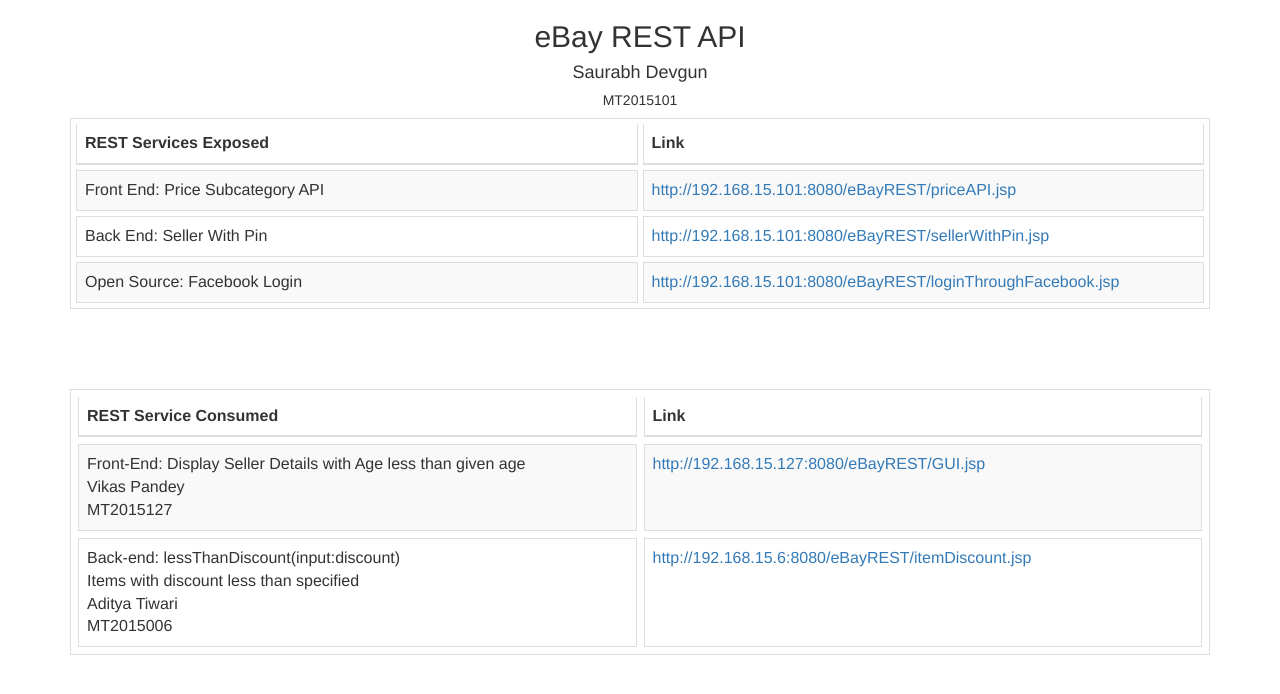
Repository: saurabh-devgun-iiitb/RESTProject
Page: http://localhost/eBayREST/
The author's editor kept a copy of each file at every save. The page is drawn from the files as they stood at one save, then again after the next save.
The browser window is 1280 px wide. The pictures show the whole page.
The page is served by Tomcat 9. Other server files are loaded and not shown.

Above is the page before, as saved 2016-07-23 09:56:31.

### eBayREST/WebContent/index.jsp
<html>
<head>
  <meta name="viewport" content="width=device-width, initial-scale=1">
  <link rel="stylesheet" href="http://maxcdn.bootstrapcdn.com/bootstrap/3.3.6/css/bootstrap.min.css">
  <script src="https://ajax.googleapis.com/ajax/libs/jquery/1.12.4/jquery.min.js"></script>
  <script src="http://maxcdn.bootstrapcdn.com/bootstrap/3.3.6/js/bootstrap.min.js"></script>
  <style>
  	table{
  		border-spacing:7px;
  		border-collapse:separate;
  		table-layout:fixed;
  		width:300px;
  	}
  </style>
</head>
<body>
	<div align="center">
	    <h2>eBay REST API</h2>
	    <h4>Saurabh Devgun</h4>
	    <h5>MT2015101</h5>
    </div>
    <div class = "container">
    <table class="table table-hover table-striped table-bordered" style="border-spacing:5px">
      <thead>
        <tr>
          <th>REST Services Exposed</th>
          <th>Link</th>
        </tr>
      </thead>
      <tbody>
        <tr>
          <td>Front End: Price Subcategory API</td>
          <td><a href="priceAPI.jsp">http://192.168.15.101:8080/eBayREST/priceAPI.jsp</a></td>
        </tr>
        <tr>
          <td>Back End: Seller With Pin</td>
          <td><a href="sellerWithPin.jsp">http://192.168.15.101:8080/eBayREST/sellerWithPin.jsp</a></td>
        </tr>
        <tr>
          <td>Open Source: Facebook Login</td>
          <td><a href="loginThroughFacebook.jsp">http://192.168.15.101:8080/eBayREST/loginThroughFacebook.jsp</a></td>
        </tr>
      </tbody>
    </table>
    </div>
    <br><br><br>
    <div class="container">
    	<table class="table table-hover table-striped table-bordered">
      <thead>
        <tr>
          <th>REST Service Consumed</th>
          <th>Link</th>
        </tr>
      </thead>
      <tbody>
        <tr>
          <td>Front-End: Display Seller Details with Age less than given age<br>Vikas Pandey<br>MT2015127</td>
          <td><a href="http://192.168.15.127:8080/eBayREST/GUI.jsp">http://192.168.15.127:8080/eBayREST/GUI.jsp</a></td>
        </tr>
        <tr>
          <td>Back-end: lessThanDiscount(input:discount)<br>Items with discount less than specified<br>Aditya Tiwari<br>MT2015006</td>
          <td><a href="http://192.168.15.6:8080/eBayREST/itemDiscount.jsp">http://192.168.15.6:8080/eBayREST/itemDiscount.jsp</a></td>
        </tr>
      </tbody>
    </table>
    </div>
    <!--
    <p><a href="priceAPI.jsp">Price API</a></p>
    <p><a href="loginThroughFacebook.jsp">Login through Facebook</a></p>
    <p><a href="sellerWithPin.jsp">Get Sellers In City with pin</a></p>
    -->
</body>
</html>

After the next save:
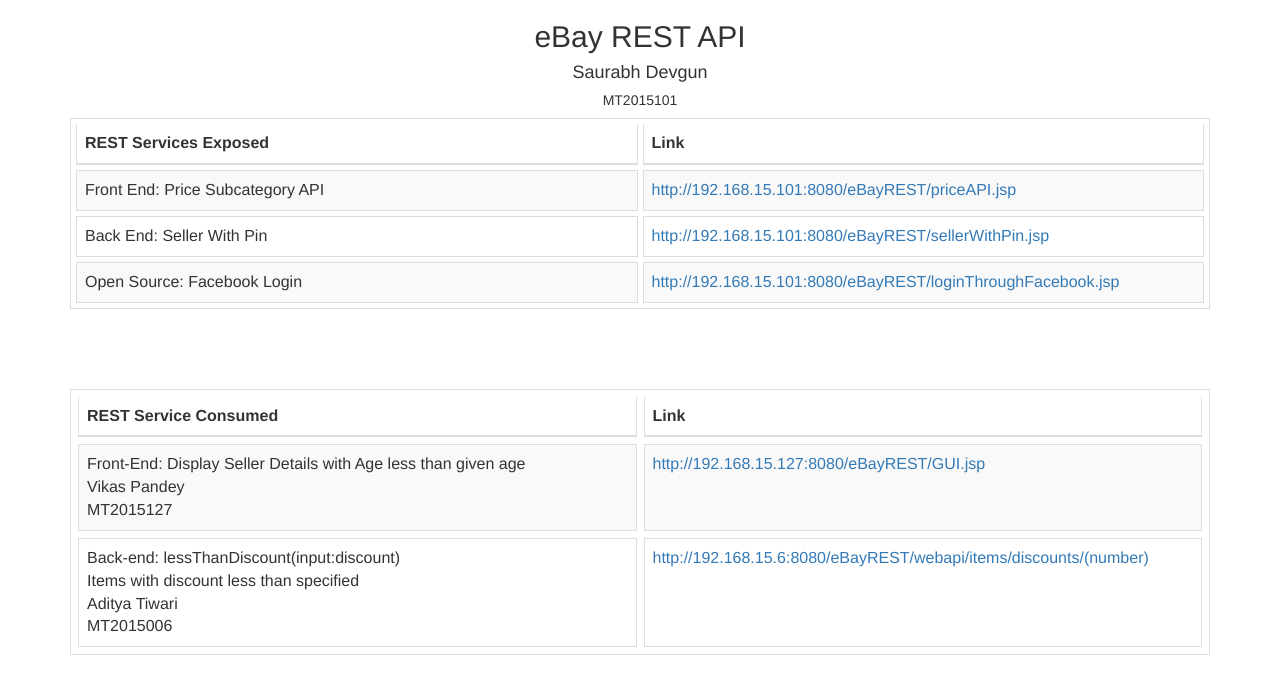
Saved 4 min 55 s later.
--- a/eBayREST/WebContent/index.jsp
+++ b/eBayREST/WebContent/index.jsp
@@ -59,7 +59,7 @@
         </tr>
         <tr>
           <td>Back-end: lessThanDiscount(input:discount)<br>Items with discount less than specified<br>Aditya Tiwari<br>MT2015006</td>
-          <td><a href="http://192.168.15.6:8080/eBayREST/itemDiscount.jsp">http://192.168.15.6:8080/eBayREST/itemDiscount.jsp</a></td>
+          <td><a href="http://192.168.15.6:8080/eBayREST/itemDiscount.jsp">http://192.168.15.6:8080/eBayREST/webapi/items/discounts/(number)</a></td>
         </tr>
       </tbody>
     </table>
